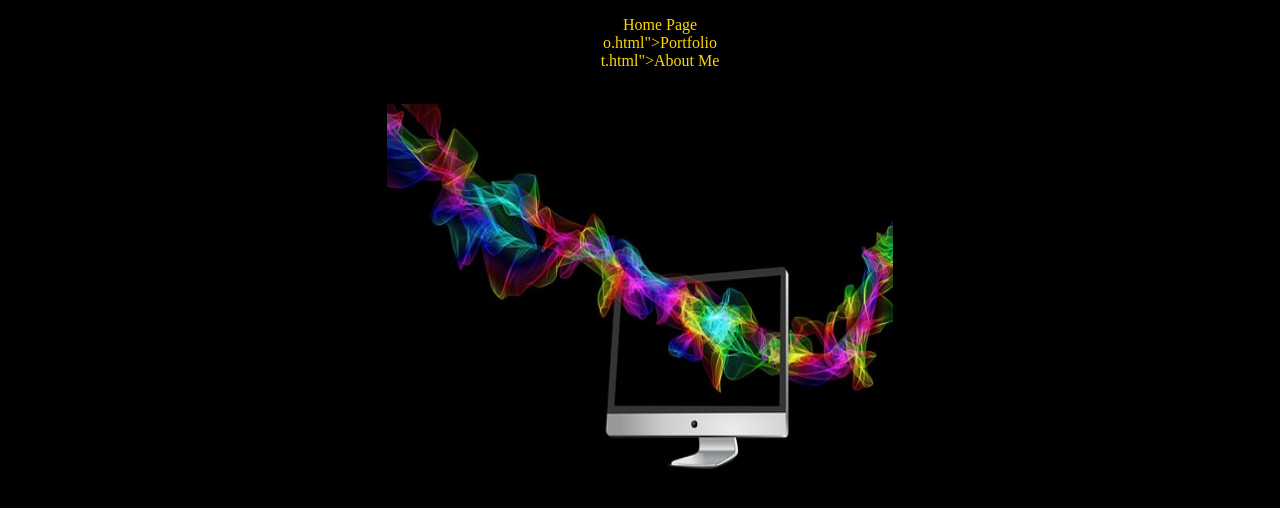
Repository: bluesyrupshed/bluesyrupshed.github.io
Page: index.html
The author's editor kept a record of every edit. The page is drawn from the files as they stood at one moment, then again after the next edit.
The browser window is 1280 px wide. The pictures show the whole page.

Above is the page before.

After the next edit:
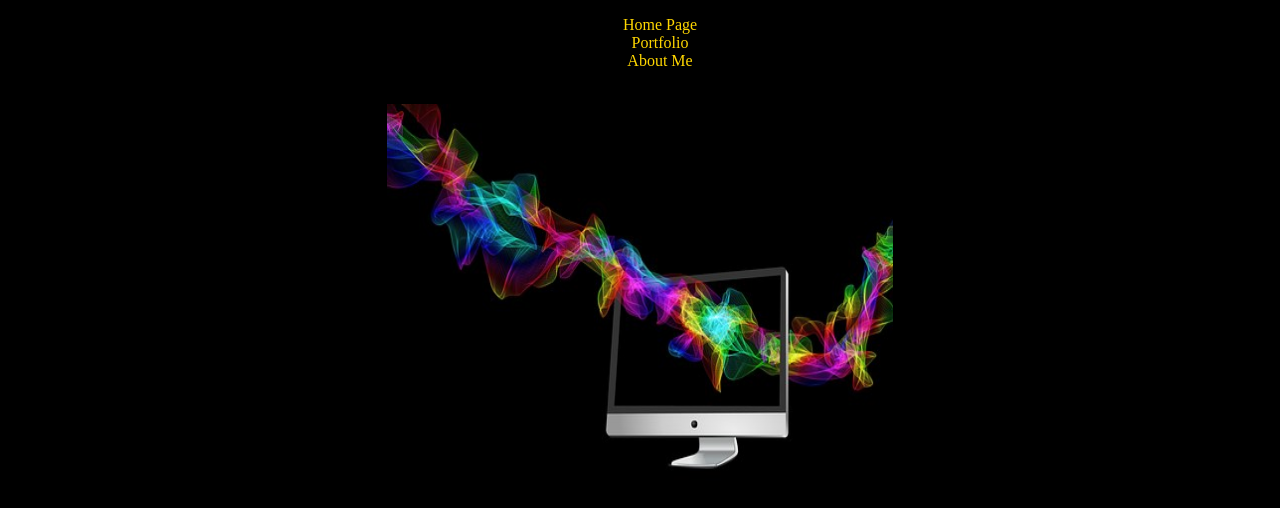
The edit:
--- a/index.html
+++ b/index.html
@@ -7,9 +7,9 @@
         </head>
     <body>
         <ul>
-         <center><li><a href="index.html">Home <class="a">Page</h1></a></li></center>
-         <center><li><a href="portfoli<class="a">o.html">P<class="a">ortfolio</a></li></center>
-          <center><li><a href="abou<class="a">t.html"><class="a">About Me</a></li></center>
+         <center><li><a href="index.html">Home Page</h1></a></li></center>
+         <center><li><a href="portfolio.html">Portfolio</a></li></center>
+          <center><li><a href="about.html">About Me</a></li></center>
           </ul>
           <br>
 
